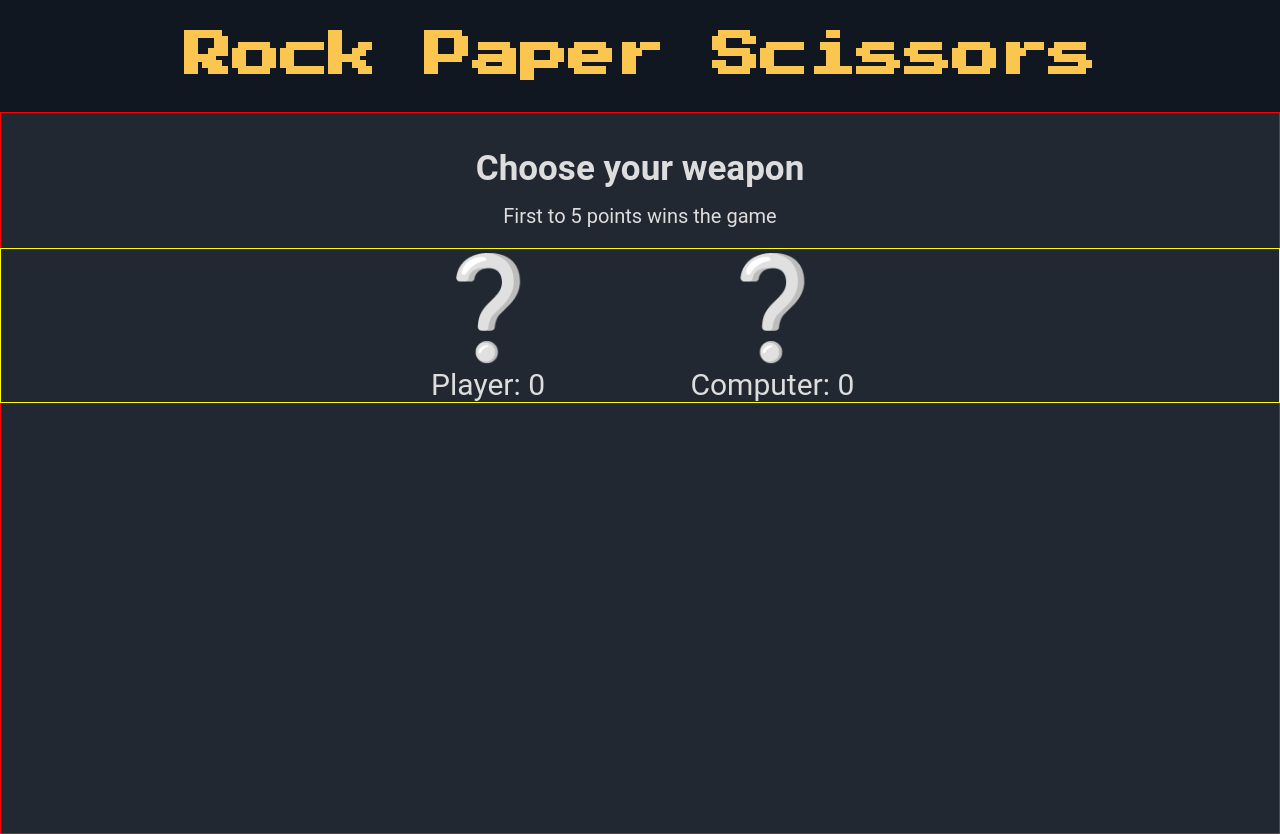
Repository: Aaryan-Poria/Rock-Paper-Scissors
Page: index.html
These files come from the project's save history. The page is drawn as it stood at one moment and after the next save; the edit follows.
The browser window is 1280 px wide. The pictures show the whole page.

Above is the page before, as saved 2023-08-22 23:04:37.

### index.html
<!DOCTYPE html>
<html lang="en">
  <head>
    <meta charset="UTF-8" />
    <meta name="viewport" content="width=device-width, initial-scale=1.0" />
    <title>Rock Paper Scissors</title>
    <link rel="preconnect" href="https://fonts.googleapis.com" />
    <link rel="preconnect" href="https://fonts.gstatic.com" crossorigin />
    <link
      href="https://fonts.googleapis.com/css2?family=Press+Start+2P&display=swap"
      rel="stylesheet"
    />
    <link rel="stylesheet" href="style.css" />
  </head>

  <body>
    <section class="head">
      <h2>Rock Paper Scissors</h2>
    </section>
    <section class="main">
      <div class="main-text">
        <h3>Choose your weapon</h3>
        <p>First to 5 points wins the game</p>
      </div>
      <div class="text-content">
        <div class="info player">
          <p class="qmark 1">❔</p>
          <p class="score 1">Player: 0</p>
        </div>
        <div class="info comp">
          <p class="qmark 2">❔</p>
          <p class="score 2">Computer: 0</p>
        </div>
      </div>
    </section>
  </body>
</html>

### style.css
body {
  margin: 0;
  padding: 0;
  display: flex;
  flex-direction: column;
  min-height: 100%;
  min-width: 100%;
}
.head {
  display: flex;
  justify-content: center;
  align-items: center;
  color: #fac650;
  background-color: #111720;
  font-family: "Press Start 2P", cursive;
  height: 7rem;
  font-size: 2rem;
}
.main {
  display: flex;
  flex-grow: 1;
  height: 100vh;
  flex-direction: column;
  background-color: #222831;
  color: #dddddd;
  font-family: "Roboto", sans-serif;
  align-items: center;
  border: 1px solid red;
}

.main-text {
  /* border: 1px solid green; */
  display: flex;
  flex-direction: column;
  justify-content: center;
  align-items: center;
}
.main-text > h3 {
  font-size: 35px;
}
.main-text > p {
  font-size: 20px;
  margin-top: -20px;
}
.text-content {
  display: flex;
  width: 100%;
  border: 1px solid yellow;
  display: flex;
  font-size: 30px;
  justify-content: center;
  align-items: center;
  gap: 140px;
}
.info {
  display: flex;
  flex-direction: column;
  justify-content: center;
  align-items: center;
}
.qmark {
  margin: 0;
  padding: 0;
  font-size: 100px;
}
.score {
  margin: 0;
}

After the next save:
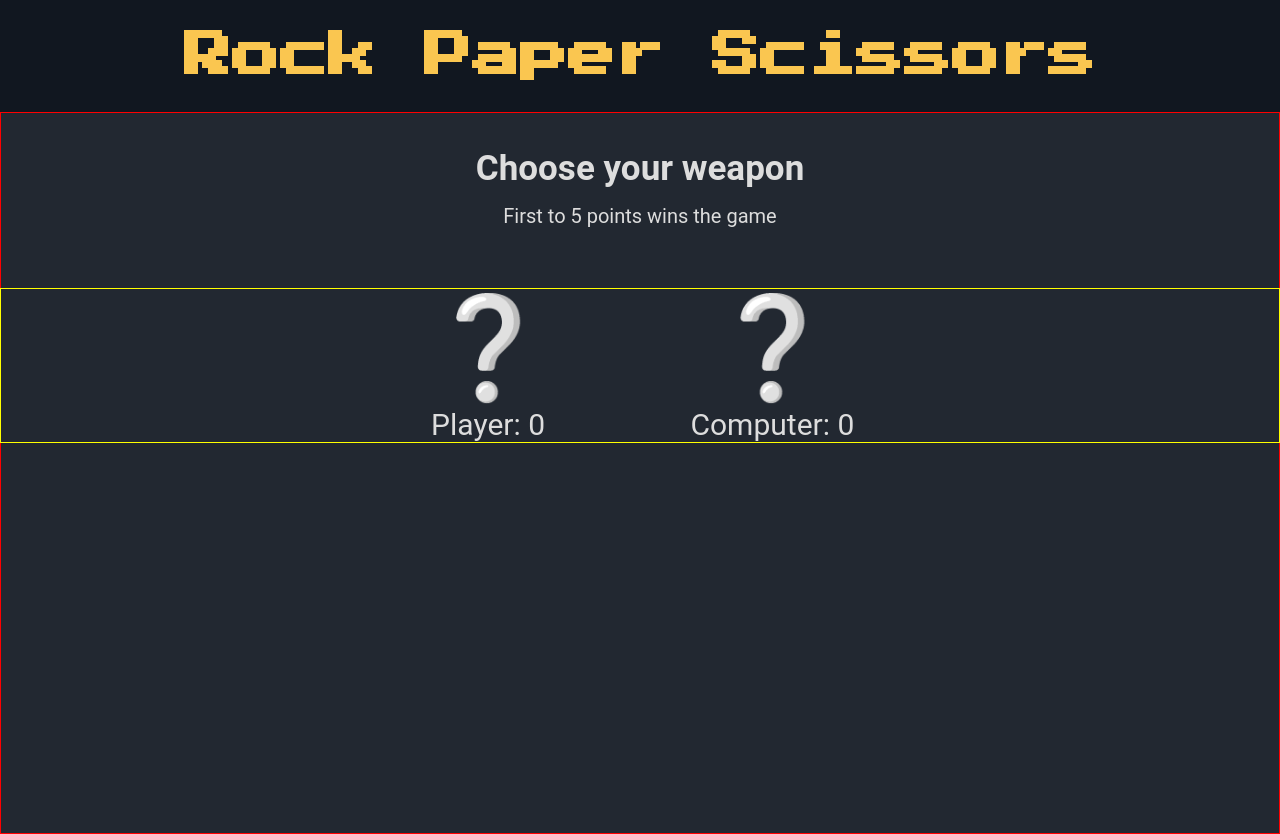
Saved 2 min 13 s later.
--- a/style.css
+++ b/style.css
@@ -51,6 +51,7 @@ body {
   justify-content: center;
   align-items: center;
   gap: 140px;
+  margin-top: 40px;
 }
 .info {
   display: flex;
